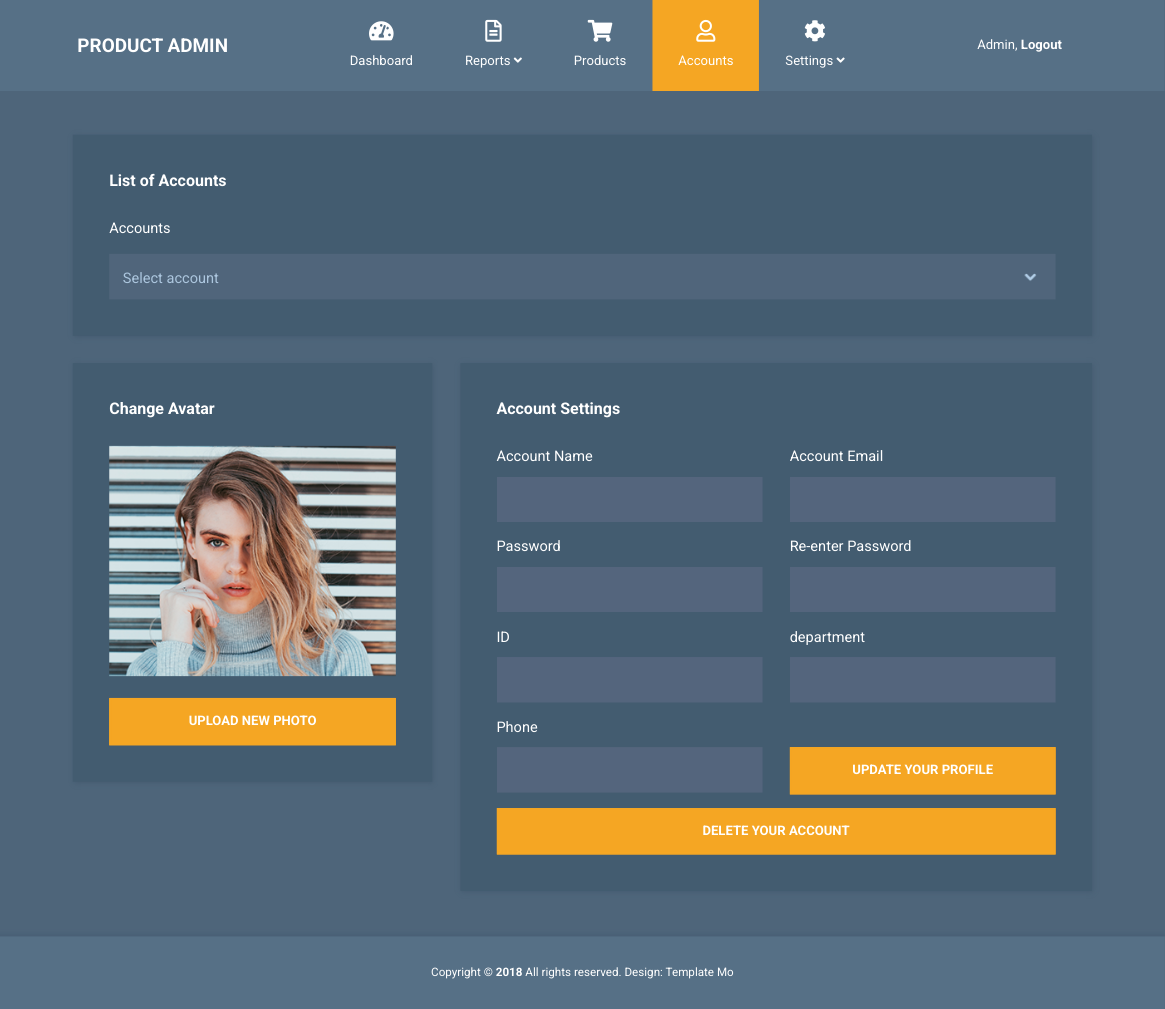
Repository: YJ-S2/2019-FaceAPI
Page: test1-master/web/123/WebContent/accounts.html
These files come from the project's save history. The page is drawn as it stood at one moment and after the next save; the edit follows.
The browser window is 1280 px wide. The pictures show the whole page, at 91% of full size.

Above is the page before, as saved 2019-08-07 05:50:36.

After the next save:
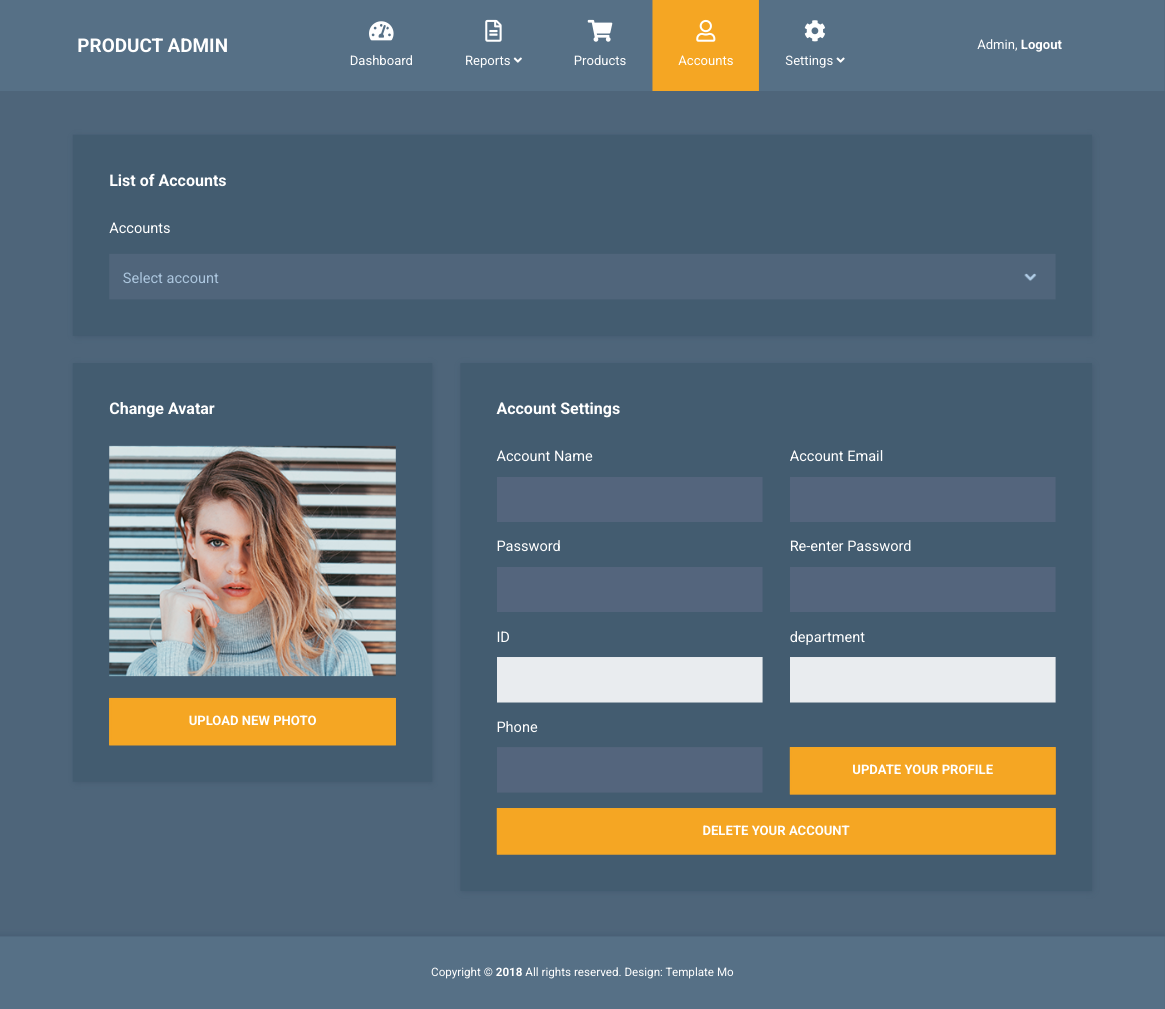
Saved 2 min 44 s later.
--- a/test1-master/web/123/WebContent/accounts.html
+++ b/test1-master/web/123/WebContent/accounts.html
@@ -191,6 +191,7 @@
                     name="id"
                     type="id"
                     class="form-control validate"
+                    disabled
                   />
                 </div>
                 <div class="form-group col-lg-6">
@@ -200,6 +201,7 @@
                     name="department"
                     type="department"
                     class="form-control validate"
+                    disabled
                   />
                 </div>
                 <div class="form-group col-lg-6">
